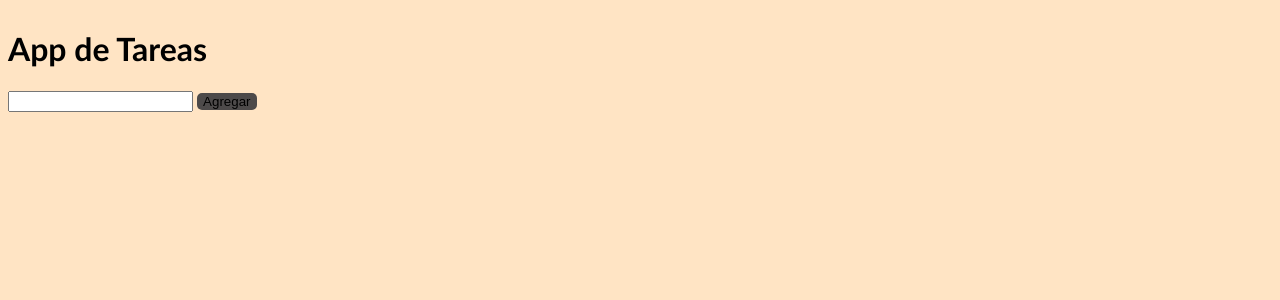
Repository: Kevin8548/Ejercicios-DOM
Page: todoapp/index.html
An editor plug-in stored every save of this project. The page is shown before and after the next save, followed by the edit.
The browser window is 1280 px wide. The pictures show the whole page.

Above is the page before, as saved 2024-10-09 13:59:46.

### todoapp/index.html
<!DOCTYPE html>
<html lang="en">
<head>
    <meta charset="UTF-8">
    <meta name="viewport" content="width=device-width, initial-scale=1.0">
    <title>App de tareas</title>
    <link rel="stylesheet" href="./style.css">
</head>
<body>
    <div class="container">
        <div class="form">
            <h1>App de Tareas</h1>
            <form id="form">
                <input type="text" name="" id="inputtarea">
                <button class="si">Agregar</button>
            </form>
        </div>
        <div class="tareas"></div>
    </div>
    <script src="./app.js"></script>
</body>
</html>

### todoapp/style.css
.alert{
    width: 75%;
    padding: 10px;
    border-radius: 10px;
    display: flex;
    justify-content: space-around;
    float: right;
}

.red{
    border: 2px solid red;
    background-color: rgb(240, 165, 165);
}

.yellow{
    border: 2px solid rgb(246,246,21);
    background-color: rgb(243,243,173);
}

.green{
    border: 2px solid green;
    background-color: rgb(179,238,179);
}

.form{
    float: left;
    align-items: center;
}

body{
    background-color: bisque;
    font-family: 'Gill Sans', 'Gill Sans MT', Calibri, 'Trebuchet MS', sans-serif;
}

button{
    background-color: rgb(77, 74, 74);
    border: 10px;
    border-radius: 5px;
    /* width: 20px;
    height: 10px; */
}

### todoapp/app.js
const tareasDiv = document.querySelector('.tareas');
const myForm = document.querySelector('#form');
const inputTarea = document.querySelector('#inputtarea');

const addTarea = () => {
    const tarea = inputTarea.value;
    tareasDiv.appendChild(creaObjeto(tarea));
    inputTarea.value = ''
}

const eliminaObjeto = e => {
    const button = e.target;
    const papa = button.parentElement;
    papa.remove();
}


const changeColor = e=> {
    const myDiv = e.target;
    if(myDiv.classList.contains('red')){
        myDiv.classList.remove('red');
        myDiv.classList.add('yellow');
    }
    else if (myDiv.classList.contains('yellow')){
        myDiv.classList.remove('yellow');
        myDiv.classList.add('green')
    }
}

const creaObjeto = (tarea) => {
    const div = document.createElement('div');
    const p = document.createElement('p');
    p.innerText = tarea;
    const button = document.createElement('button')
    button.innerText= 'Eliminar';
    button.addEventListener('click', eliminaObjeto)
    div.appendChild(p);
    div.appendChild(button);


    div.classList.add('alert');
    div.classList.add('red');
    div.addEventListener('click', changeColor)


    return div;
}



myForm.addEventListener('submit', e => {
    e.preventDefault();
    addTarea();
});

After the next save:
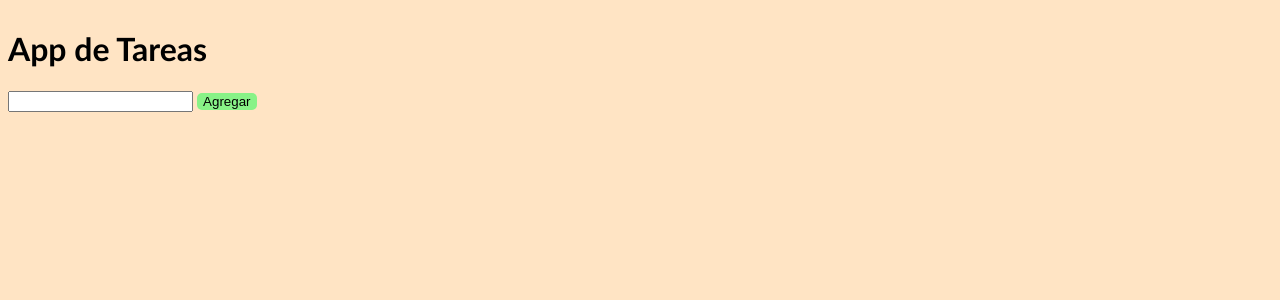
Saved 9 s later.
--- a/todoapp/style.css
+++ b/todoapp/style.css
@@ -33,7 +33,7 @@ body{
 }
 
 button{
-    background-color: rgb(77, 74, 74);
+    background-color: rgb(136, 242, 135);
     border: 10px;
     border-radius: 5px;
     /* width: 20px;
